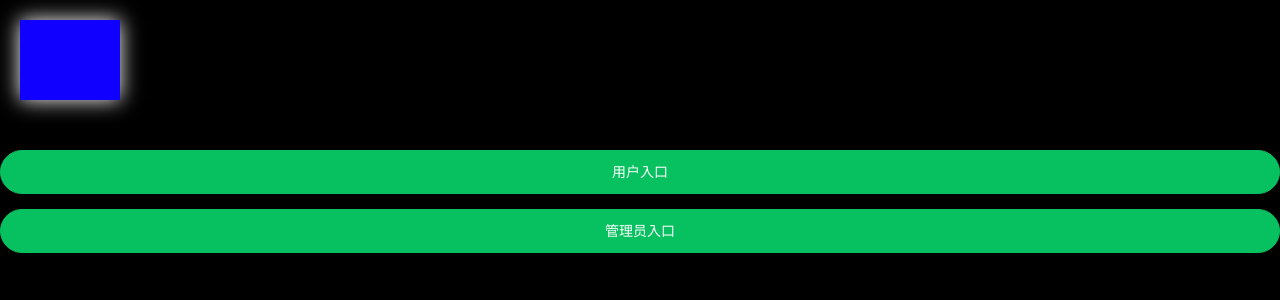
Repository: fisher002/sports
Page: /
An editor plug-in stored every save of this project. The page is shown before and after the next save, followed by the edit.
The browser window is 1280 px wide. The pictures show the whole page.
The project was rebuilt for these pictures with package versions that can differ from the ones it lists, and the page was loaded fresh each time. Also part of the build but not shown: src/components/public/bottom.vue, src/views/mobile-index/indexUrl.js, src/views/mobile-admin/admin-login/loginUrl.js, src/components/public/top.vue, src/views/mobile-index/mobileIndex.vue, src/utils/comUtils.js, src/views/mobile-index/index.vue, src/views/mobile-index/detailcompate.vue and 68 more.

Above is the page before, as saved 2020-05-04 13:41:55.

After the next save:
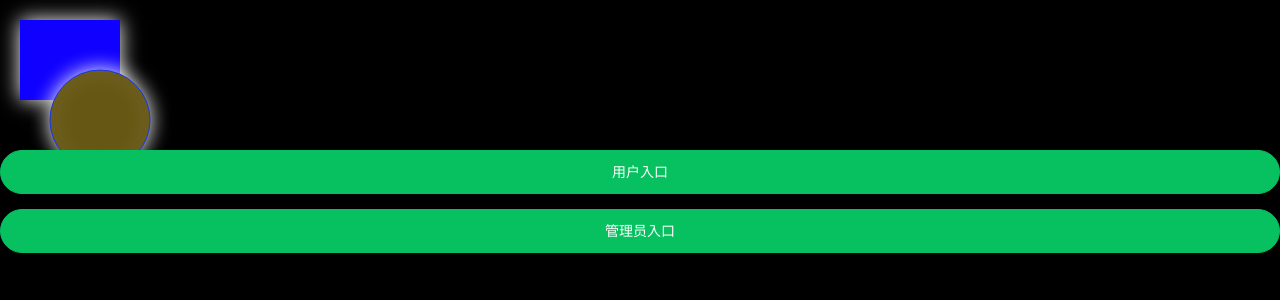
Saved 4 min 54 s later.
--- a/src/views/index.vue
+++ b/src/views/index.vue
@@ -31,6 +31,12 @@ export default {
     ctx.shadowColor = "#ffffff";
     ctx.fillStyle = "#1000ff";
     ctx.fillRect(20, 20, 100, 80);
+    ctx.fillStyle = "#665714";
+    ctx.strokeStyle = "#1536ec";
+    ctx.beginPath();
+    ctx.arc(100, 120, 50, 0, 2 * Math.PI, true);
+    ctx.fill();
+    ctx.stroke();
   },
   methods: {
     /**获取屏幕宽高 */
